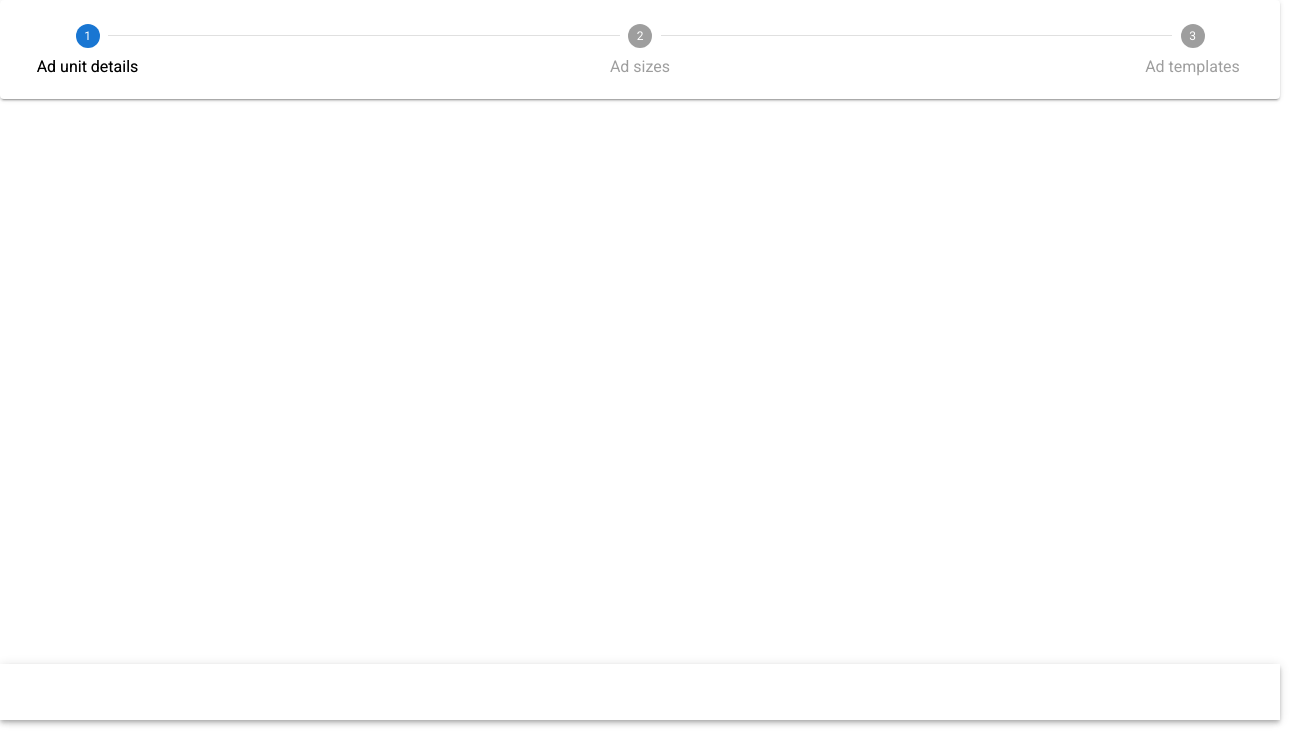
Repository: SidneyHodieb/myc
Page: /addsource
The author's editor kept a copy of each file at every save. The page is drawn from the files as they stood at one save, then again after the next save.
The browser window is 1280 px wide. The page is 1292 px wide, so the pictures cover 1292 px, including what lies to the right of the window. The pictures show the whole page.
The project was rebuilt for these pictures with package versions that can differ from the ones it lists, and the page was loaded fresh each time. Also part of the build but not shown: vue.config.js, src/views/Home.vue, src/views/addSource/components/format.vue, src/views/addSource/components/card.vue, src/views/addSource/components/trigger.vue.

Above is the page before, as saved 2021-04-03 17:34:28.

### src/App.vue
<template>
  <v-app>
    <v-main>
      <router-view></router-view>
    </v-main>
  </v-app>
</template>

<script>

export default {
  name: 'App',
  data: () => ({
    //
  }),
};
</script>

### src/router/index.js
import Vue from 'vue'
import VueRouter from 'vue-router'
import Home from '../views/Home.vue'
import addSource from '../views/addSource/column'
import format from '../views/addSource/components/format'
import card from '../views/addSource/components/card'
import trigger from '../views/addSource/components/trigger'

Vue.use(VueRouter)

const routes = [
  {
    path: '/',
    name: 'Home',
    component: Home
  },
  {
    path: '/addsource',
    name: 'addSource',
    component: addSource,
    children: [
      {
        path: 'format',
        component: format
      },
      {
        path: 'card',
        component: card
      },
      {
        path: 'trigger',
        component: trigger
      }
    ]
  },
  {
    path: '/about',
    name: 'About',
    // route level code-splitting
    // this generates a separate chunk (about.[hash].js) for this route
    // which is lazy-loaded when the route is visited.
    component: function () {
      return import(/* webpackChunkName: "about" */ '../views/About.vue')
    }
  }
]

const router = new VueRouter({
  mode: 'history',
  base: process.env.BASE_URL,
  routes
})

export default router

### src/views/addSource/column.vue
<template>
  <div>
    <!-- Header -->
      <v-stepper alt-labels>
          <v-stepper-header>
            <v-stepper-step step="1">
              Ad unit details
            </v-stepper-step>

            <v-divider></v-divider>

            <v-stepper-step step="2">
              Ad sizes
            </v-stepper-step>

            <v-divider></v-divider>

            <v-stepper-step step="3">
              Ad templates
            </v-stepper-step>
          </v-stepper-header>
        </v-stepper>

        <!-- Content -->
        <router-view></router-view>
        <!--Footer  -->

    <v-bottom-navigation
      absolute
      color="blue"
      hide-on-scroll
      horizontal
      scroll-threshold="500"
    >
      <v-row>
        <v-col>

        </v-col>
        <v-col>

        </v-col>
      </v-row>
    </v-bottom-navigation>

   <!--  <v-sheet
      id="scroll-threshold-example"
      class="overflow-y-auto pb-16"
      max-height="600"
    >
      <v-responsive height="1500"></v-responsive>
    </v-sheet> -->
  </div>
</template>

<script>
export default {

}
</script>

<style>

</style>

Loaded but not shown: public/index.html (common file); src/main.js (common file); src/store/index.js (common file); src/plugins/vuetify.js (common file)

After the next save:
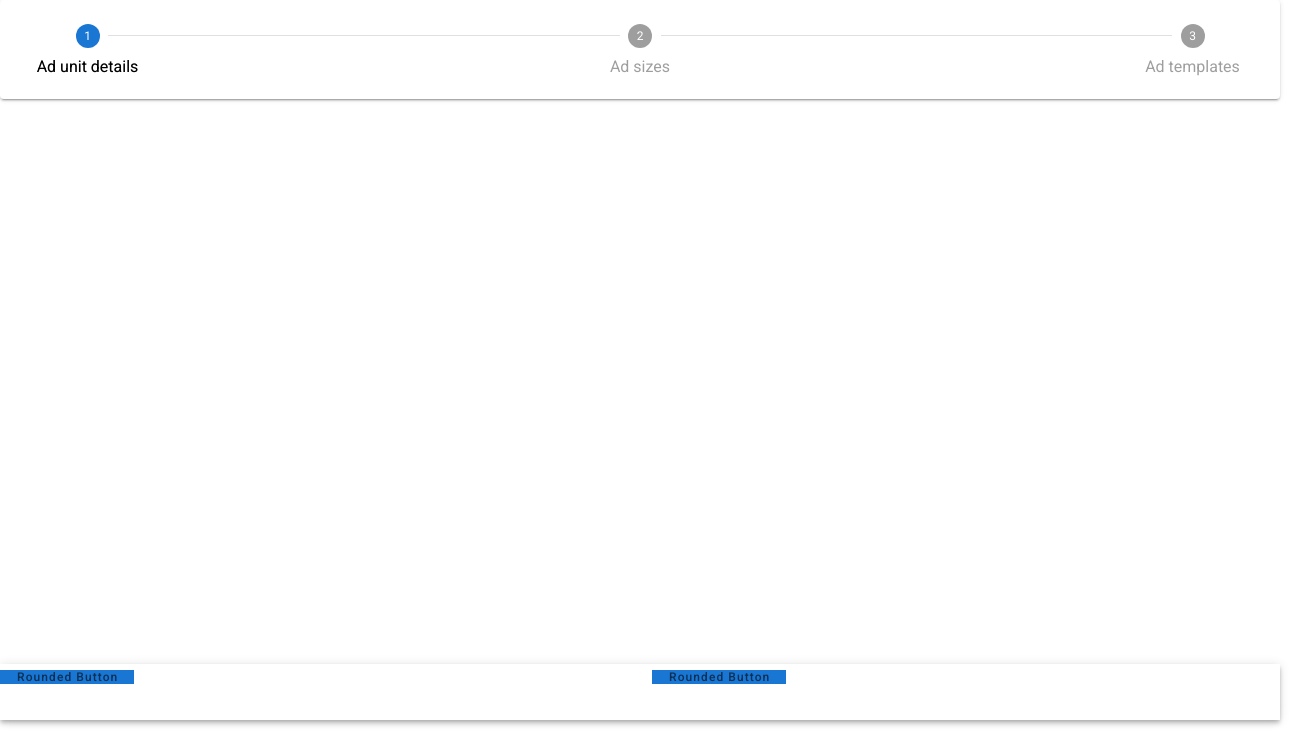
Saved 3 min 35 s later.
--- a/src/views/addSource/column.vue
+++ b/src/views/addSource/column.vue
@@ -34,10 +34,22 @@
     >
       <v-row>
         <v-col>
-
+          <v-btn
+      rounded
+      color="primary"
+      dark
+    >
+      Rounded Button
+    </v-btn>
         </v-col>
         <v-col>
-
+          <v-btn
+      rounded
+      color="primary"
+      dark
+    >
+      Rounded Button
+    </v-btn>
         </v-col>
       </v-row>
     </v-bottom-navigation>
